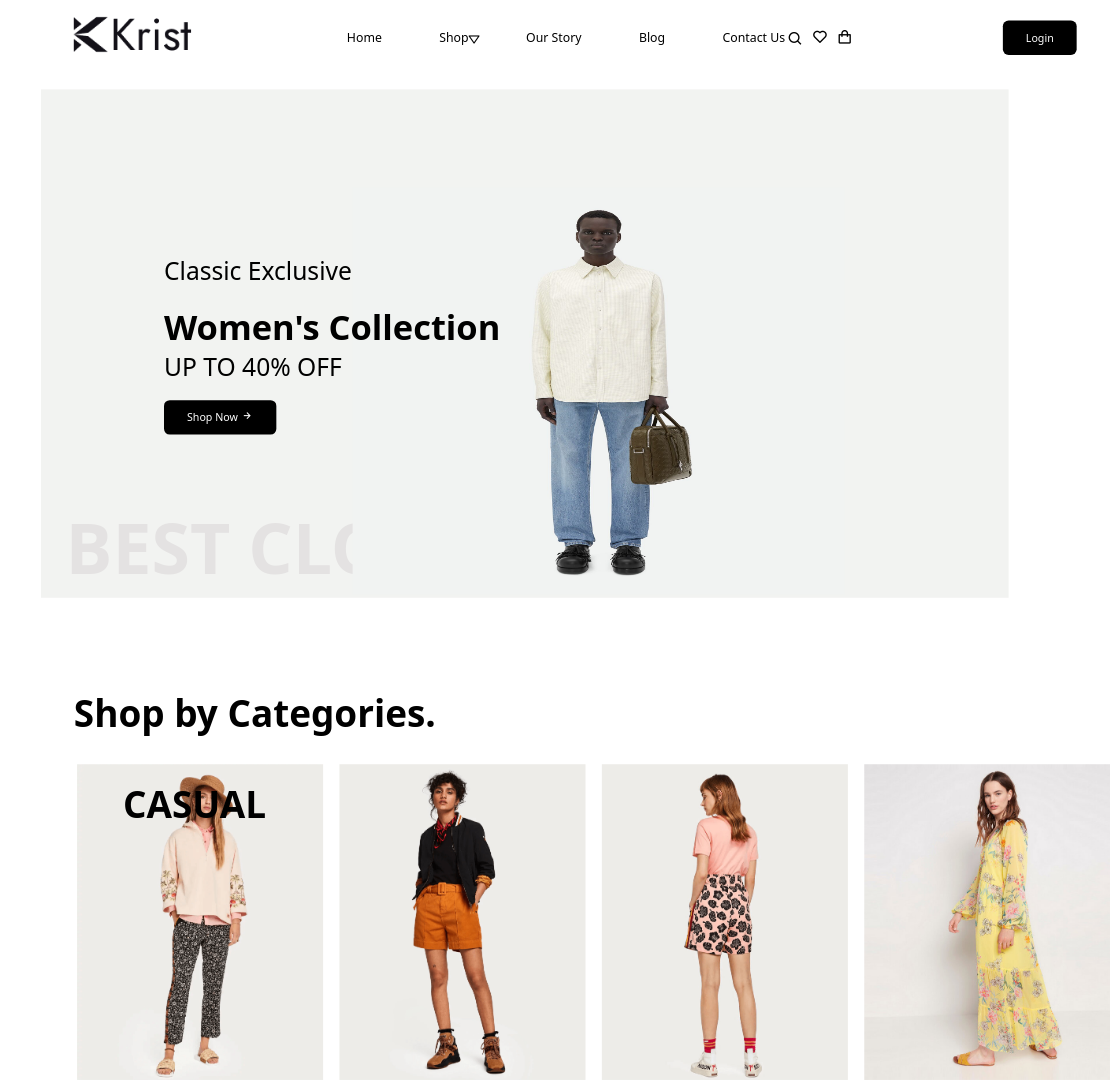
Repository: isaacCodes1/Krist-Website
Page: index.html
The author's editor kept a copy of each file at every save. The page is drawn from the files as they stood at one save, then again after the next save.
The browser window is 1280 px wide. The page is 1354 px wide, so the pictures cover 1354 px, including what lies to the right of the window. The pictures show the whole page, at 82% of full size.

Above is the page before, as saved 2024-04-01 11:04:41.

After the next save:
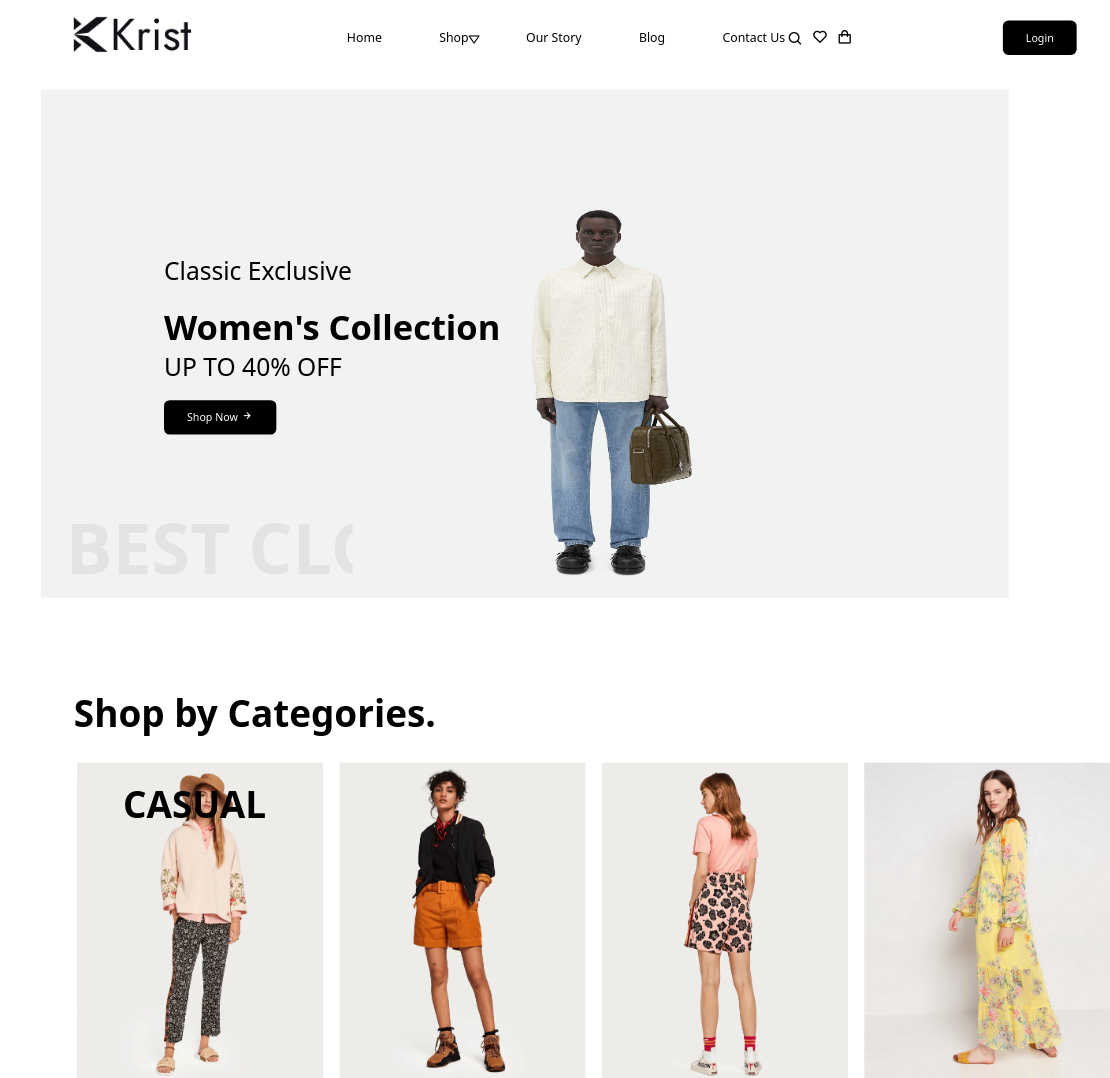
Saved 34 s later.
--- a/style.css
+++ b/style.css
@@ -147,17 +147,6 @@ button:hover {
   padding-top: 60px;
   padding-bottom: 30px;
 }
-.cardstext::after {
-  content: "";
-  width: 0%;
-  height: 2px;
-  display: block;
-  margin: auto;
-  transition: 1s;
-}
-.cardstext:hover::after {
-  width: 100%;
-}
 .cardsImg {
   display: flex;
   margin-left: 74px;
